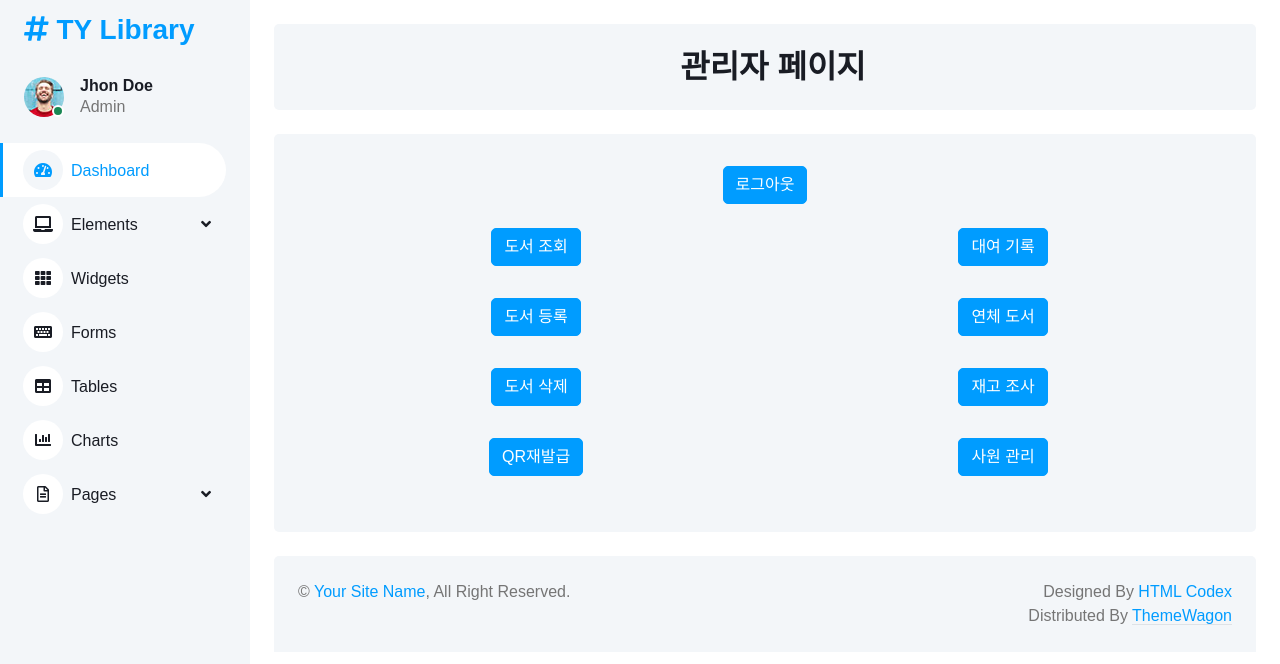
Repository: maryong2/myfirstgitproject
Page: http://localhost/library/WEB-INF/views/admin/admin-home.jsp
The author's editor kept a copy of each file at every save. The page is drawn from the files as they stood at one save, then again after the next save.
The browser window is 1280 px wide. The pictures show the whole page.
Some web fonts or font styles are not loaded; a fallback is used. Some web libraries are served in a nearby version. The page is served by Tomcat 9. Nobody is signed in. The template is opened directly, without the code that normally fills it, so the values that code supplies are empty.

Above is the page before, as saved 2023-11-27 05:48:14.
Console error: TypeError: Cannot read properties of undefined (reading 'getContext')

After the next save:
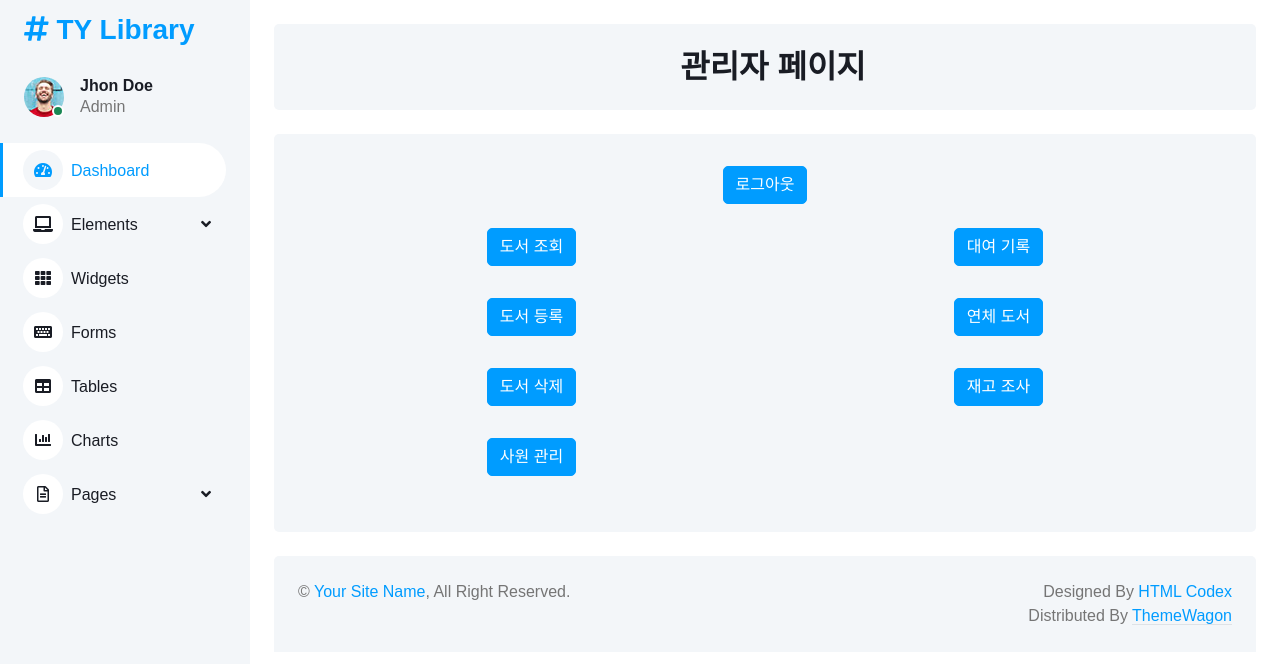
Saved 14 min 6 s later.
--- a/library/src/main/webapp/WEB-INF/views/admin/admin-home.jsp
+++ b/library/src/main/webapp/WEB-INF/views/admin/admin-home.jsp
@@ -183,10 +183,7 @@
 
 									<tr>
 
-										<td>
-											<button type="button" class="btn btn-primary m-2"
-												onclick="go('')">QR재발급</button>
-										</td>
+
 										<td>
 											<button type="button" class="btn btn-primary m-2"
 												onclick="go('admin/user')">사원 관리</button>
